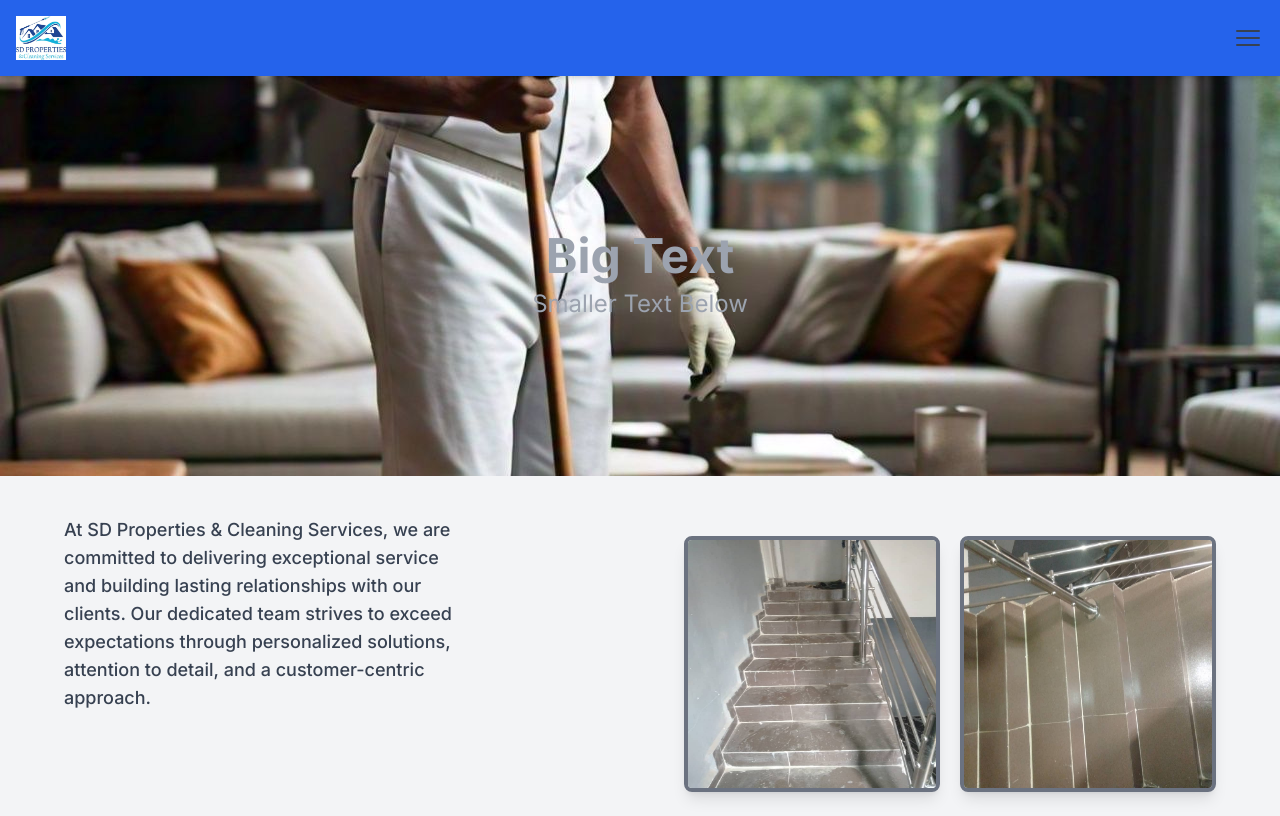
Repository: devmskhan/sdpropandclean
Page: /
An editor plug-in stored every save of this project. The page is shown before and after a run of saves, followed by the edit.
The browser window is 1280 px wide. The pictures show the whole page.
The project was rebuilt for these pictures with package versions that can differ from the ones it lists, and the page was loaded fresh each time. The framework's server and built-in components were replaced by stand-ins that run in the browser. Also part of the build but not shown: next.config.mjs.

Above is the page before, as saved 2024-09-03 13:12:43.

After the next 2 saves:
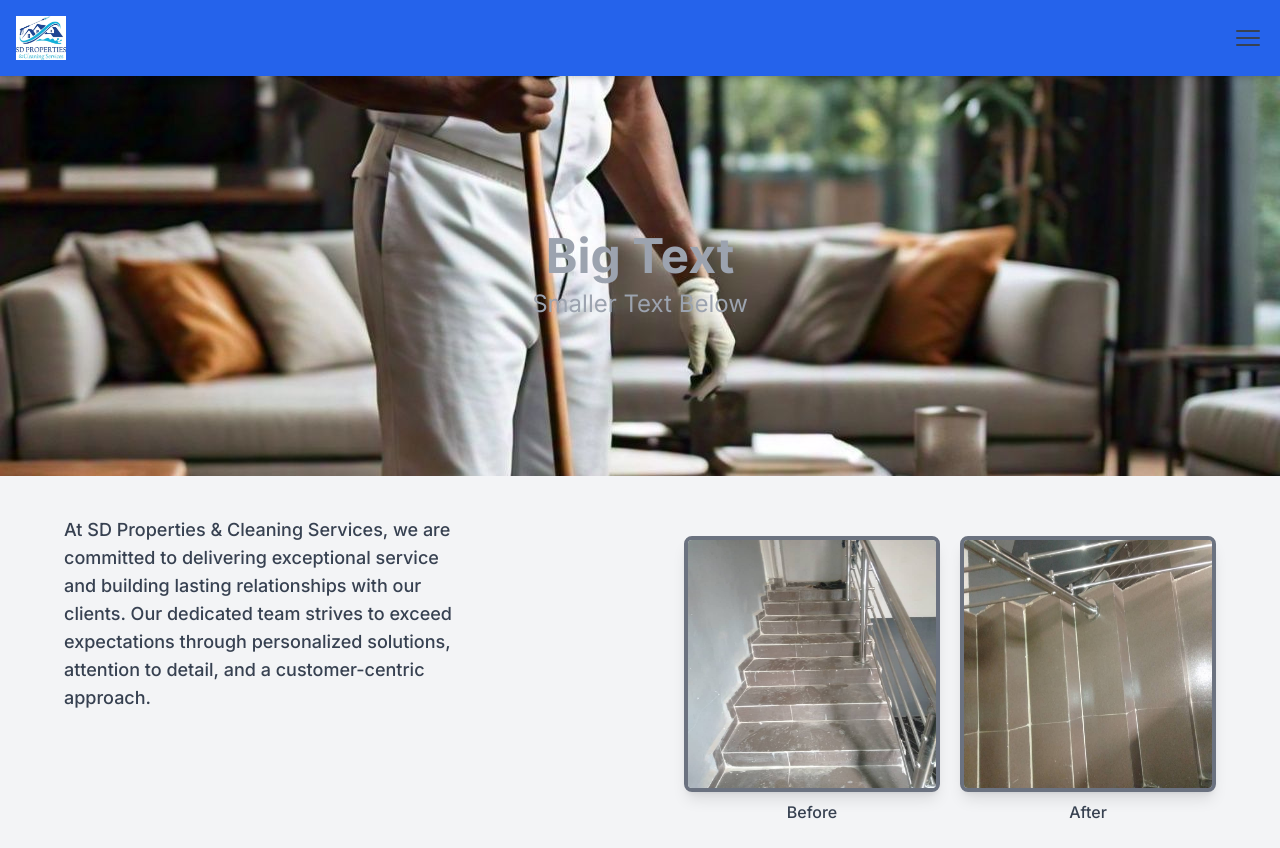
The 2 saves are shown as one change because they came seconds apart.
The last was saved 2 min 52 s later.
--- a/components/Body.tsx
+++ b/components/Body.tsx
@@ -29,9 +29,16 @@ function Body() {
     </p>
   </div>
   <div className="flex space-x-5 mt-4 mr-10">
-  <img src="stairsb.jpg" alt="Top Image" className="mt-5 w-64 h-64 rounded-lg shadow-lg border-gray-500 border-solid border-4" />
-  <img src="stairsaft.jpg" alt="Bottom Image" className="mt-5 w-64 h-64 rounded-lg shadow-lg border-gray-500 border-solid border-4" />
+  <div className="flex flex-col items-center">
+    <img src="stairsb.jpg" alt="Top Image" className="mt-5 w-64 h-64 rounded-lg shadow-lg border-gray-500 border-solid border-4" />
+    <span className="mt-2 text-gray-700 font-medium">Before</span>
   </div>
+  <div className="flex flex-col items-center">
+    <img src="stairsaft.jpg" alt="Bottom Image" className="mt-5 w-64 h-64 rounded-lg shadow-lg border-gray-500 border-solid border-4" />
+    <span className="mt-2 text-gray-700 font-medium">After</span>
+  </div>
+</div>
+
 </div>
 
 
